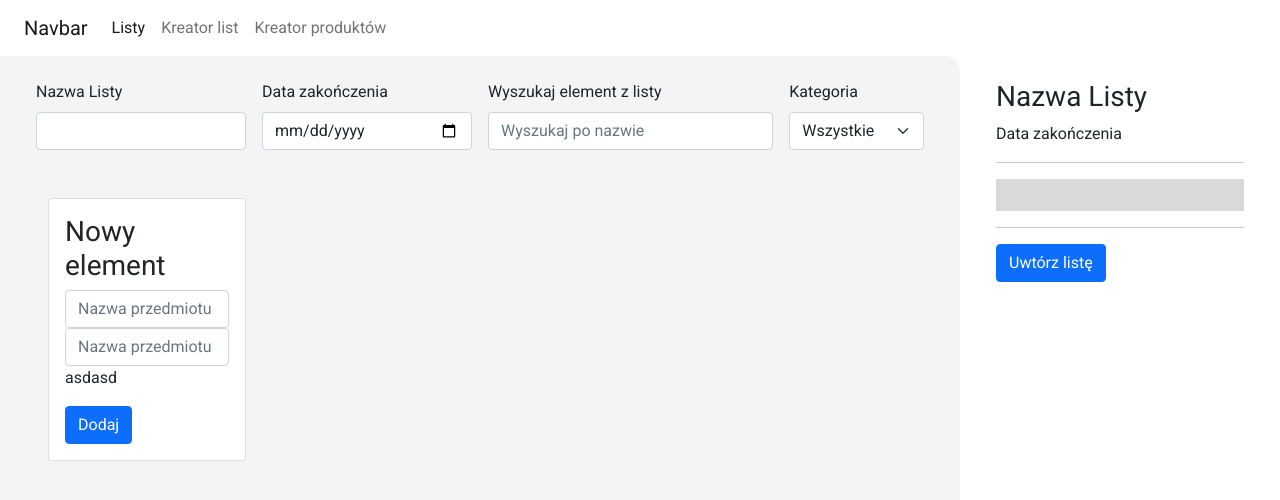
Repository: alphatra/Task-menager
Page: http://localhost/php/src/views/createList.php
An editor plug-in stored every save of this project. The page is shown before and after the next save, followed by the edit.
The browser window is 1280 px wide. The pictures show the whole page.
The page is run by PHP 8.4 with error messages shown; the project is at /var/www/html/. Queries for data that is not in the repository find no rows.

Above is the page before, as saved 2023-02-11 15:13:39.

### php/src/views/createList.php
<!DOCTYPE html>
<html lang="en">
<head>
    <meta charset="UTF-8">
    <meta http-equiv="X-UA-Compatible" content="IE=edge">
    <meta name="viewport" content="width=device-width, initial-scale=1.0">
    <title>Document</title>
    <script src="https://ajax.googleapis.com/ajax/libs/jquery/3.6.1/jquery.min.js"></script>
    <link href="https://cdn.jsdelivr.net/npm/bootstrap@5.0.2/dist/css/bootstrap.min.css" rel="stylesheet" integrity="sha384-EVSTQN3/azprG1Anm3QDgpJLIm9Nao0Yz1ztcQTwFspd3yD65VohhpuuCOmLASjC" crossorigin="anonymous">
    <script src="https://cdn.jsdelivr.net/npm/@popperjs/core@2.9.2/dist/umd/popper.min.js" integrity="sha384-IQsoLXl5PILFhosVNubq5LC7Qb9DXgDA9i+tQ8Zj3iwWAwPtgFTxbJ8NT4GN1R8p" crossorigin="anonymous"></script>
    <script src="https://cdn.jsdelivr.net/npm/bootstrap@5.0.2/dist/js/bootstrap.min.js" integrity="sha384-cVKIPhGWiC2Al4u+LWgxfKTRIcfu0JTxR+EQDz/bgldoEyl4H0zUF0QKbrJ0EcQF" crossorigin="anonymous"></script>
    <script>
        const catergories = {
            1: 'Elektronika',
            2: 'Meble',
            3: 'Kosmetyki',
            4: 'Jedzenie',
            5: 'Ubrania',
            6: 'Zabawki',
            7: 'Sport',
            8: 'Książki',
            9: 'Narzędzia',
            10: 'RTV'
        }

        console.log(catergories);
        $(document).ready(function() {
            const select = $('select');
            $.each(catergories, function(i, item) {
                $('select').append($("<option>", {
                    value: item,
                    text: item
                }))
            });
            let _dataItems = [];
            let private_item = $(`<div class="col-xl-3 col-lg-4 col-md-6 col-12 mb-4">
                        <div class="card">
                            <div class="card-body">
                                <h3 class="card-title">Nowy element</h3>
                                <input type="text" class="form-control" id="priv_item" placeholder="Nazwa przedmiotu">
                                <input type="text" class="form-control" id="priv_item" placeholder="Nazwa przedmiotu">
                                <p class="card-text">asdasd</p>
                                <input class="btn btn-primary" id="add_tolist" type="button" value="Dodaj">
                            </div>
                        </div>
                    </div>`);
    let loadData = (param,_category) => {
        $.ajax({
            url: '../controller.php',
            dataType: 'json',
            method: 'POST',
            data:{tablename:"products", search: param, category:_category},
            beforeSend: function() {
                $("#loading-image").show();
             },
            success: function(data) {
                console.log(data);
                let content = $('#objects').empty()
                content.append(private_item)
                let dataItems = JSON.parse(JSON.stringify(data))
                _dataItems = data
                dataItems = dataItems.map((item) => {
                    return $(`
                    <div class="col-lg-3 col-md-5 col-sm-5 mb-4">
      <div class="card">
        <div class="card-header img-atas" style="background-image: url('https://picsum.photos/300/100'); background-position: 50% 10%;">
        </div>
        <div class="card-body">
          <div class="row">
            <h5>${item.product_name}</h5>
          </div>
          <div class="row">
            <h6 class="text-secondary">${catergories[item.category_id]}</h6>
          </div>
          <div class="row">
            <div class="d-flex justify-content-between">
              <p class="text-primary">${item.product_description.substring(0, 29)}</p>
              <p class="text-warning">
		<input class="btn btn-primary" id="add_tolist" type="button" value="Dodaj" data-product-id="${item.id_product}" data-product-name="${item.product_name}" data-product-quantity="1">
		</p>
            </div>
          </div>
        </div>
      </div>
    </div>
                    `)
                })
                content.append(dataItems)

            },
            error: function (jqXHR, exception){
                console.log(jqXHR, exception);

            }
        })

    }
    let createList_Ajax = (param) =>{
        $.ajax({
            url: '../controller_1.php',
            method: 'POST',
            data:{data: param},
            cache: false,
            success: function(data) {
                console.log(data);
            },
            error: function (xhr, status, error){
                console.log(status);

            }
        })
    }
    let createListItems_Ajax = (param) =>{
        $.ajax({
            url: '../controller_1.php',
            method: 'POST',
            data:{data: param},
            cache: false,
            success: function(data) {
                console.log(data);
            },
            error: function (xhr, status, error){
                console.log(status);

            }
        })
    }

    loadData()

    $("#searchItem, select").on("keyup change", function() {
        let inputVal = $("#searchItem").val();
        let selectVal = $("select").val();
        if (inputVal.length > 0 || selectVal > 0) {
            inputVal = inputVal.length == 0 ? '' : inputVal;
            selectVal = selectVal == 0 ? '' : selectVal;
            loadData(inputVal, selectVal);
        } else {
            loadData();
        }
    });
    let products = {product_id:[],product_title:[],qty:[]};
    let list = {
            list_name: '',
            end_date: '',
            products: [products]
        };

    let add_products = (id, title, quantity) => {
        if (!checkIfExists(id)) {
            products.product_id.push(id);
            products.product_title.push(title);
            products.qty.push(quantity);
        }
    }

    let checkIfExists = (id) => {
        for (let i = 0; i < products.product_id.length; i++) {
            if (products.product_id[i] === id) {
                return true;
            }
        }
        return false;
    }

    let searchedProduct = (_id) =>{
        let found =  _dataItems.find(e => e.id_product == _id)
        return found.product_name
    }

    let generateContent = (_item,_qty) => {
        let content = $('#list_elements')
        content.empty()
        console.log(_qty);
        let listItems = _item.map((item) => {
            return $(`
            <p>${searchedProduct(+item)}</p>
            <input type="number" id="qty" value=1 class="form-control form-icon-trailing" />
            `)})
        content.append(listItems)
    }

    let crateList = () => {
        if(list.list_name != '' || list.end_date != '' || products.product_id.length != 0){
            console.log(list);
            createList_Ajax(list)
        }
    }
    $(document).on("click", "#add_tolist", function() {
        //console.log(list);
        //console.log(+this.name);
        //console.log(searchedProduct(+this.name));
        var productId = $(this).data('product-id');
        var productName = $(this).data('product-name');
        var productQuantity = $(this).data('product-quantity');

        console.log("Id produktu: " + productId);
        console.log("Nazwa produktu: " + productName);
        console.log("Ilość produktu: " + productQuantity);
        // Obsługa okienka modalnego z bootstrapa
        var myModal = new bootstrap.Modal(document.getElementById("exampleModal"))
        if(list.list_name == '' || list.end_date == ''){
            myModal.show()
            $(document).on("click", ".btn-secondary", function() {
                myModal.hide()
            })
            if (list.list_name == '') {
                $("#listName").addClass("is-invalid")
            }else{
                $("#listName").removeClass("is-invalid")
            }
            if (list.end_date == '') {
                $("#endDate").addClass("is-invalid")
            }else{
                $("#endDate").removeClass("is-invalid")
            }
            //console.log("Nie",list)
        }else{
            add_products(productId, productName, productQuantity);
            generateContent(list.products['product_id'],list.products['qty'])
            $("#listName, #endDate").removeClass("is-invalid")
            //console.log("Tak",list);
        }
    });
    $(document).on("click", "#crateList_button", function() {
        console.log(crateList());
    });
    $("#listName, #endDate").on("keyup change",function(){
        list = {
            list_name: $("#listName").val(),
            end_date: $("#endDate").val(),
            products: products
        }
        $("#list_name").text($("#listName").val());
        $("#end_date").text($("#endDate").val());
    });
})

    </script>
    <link rel="stylesheet" href="../assets/style.css">
</head>
<body>
    <!-- Modal -->
    <div class="modal fade" id="exampleModal" tabindex="-1" role="dialog" aria-labelledby="exampleModalLabel" aria-hidden="true">
        <div class="modal-dialog">
            <div class="modal-content">
                <div class="modal-header">
                    <h5 class="modal-title" id="exampleModalLabel">Uwaga!</h5>
                    <button type="button" class="btn-close" data-dismiss="modal" aria-label="Zamknij"></button>
                </div>
                <div class="modal-body">
                    Nie wypełniłeś wszystkich pól!
                </div>
                <div class="modal-footer">
                    <button type="button" class="btn btn-secondary" data-dismiss="modal">Zamknij</button>
                </div>
            </div>
        </div>
    </div>

    <div class="container-fluid">
        <nav class="navbar navbar-expand-lg navbar-light ">
            <div class="container-fluid">
                <a class="navbar-brand" href="#">Navbar</a>
                <button class="navbar-toggler" type="button" data-bs-toggle="collapse" data-bs-target="#navbarNav" aria-controls="navbarNav" aria-expanded="false" aria-label="Toggle navigation">
                    <span class="navbar-toggler-icon"></span>
                </button>
                <div class="collapse navbar-collapse" id="navbarNav">
                    <ul class="navbar-nav">
                        <li class="nav-item">
                            <a class="nav-link active" href="/">Listy</a>
                        </li>
                        <li class="nav-item">
                            <a class="nav-link" aria-current="page" href="views/createList.php">Kreator list</a>
                        </li>
                        <li class="nav-item">
                            <a class="nav-link" href="views/createProduct.php">Kreator produktów</a>
                        </li>
                    </ul>
                </div>
            </div>
        </nav>
        <div class="row">
            <div class="col-lg-9" style="background-color: #F4F4F4; border-top-right-radius: 1rem">
                <div class="container py-4 px-4">
                <form class="row g-3 needs-validation" novalidate>
                    <div id="listName_" class="col-md-3">
                        <label for="listName" class="form-label">Nazwa Listy</label>
                        <input type="text" class="form-control" id="listName" required>
                        <div class="invalid-feedback">
                            Podaj nazwę listy!
                        </div>
                    </div>
                    <div id="endDate_" class="col-md-3">
                        <label for="endDate" class="form-label">Data zakończenia</label>
                        <input type="date" class="form-control" id="endDate" required>
                        <div class="invalid-feedback">
                            Podaj nazwę listy!
                        </div>
                    </div>
                    <div id="searchItem_" class="col-md-4">
                        <label for="searchItem" class="form-label">Wyszukaj element z listy</label>
                        <input type="search" class="form-control" id="searchItem" aria-label="Search" placeholder="Wyszukaj po nazwie">
                    </div>
                    <div class="col-md-2">
                        <label for="inputState" class="form-label">Kategoria</label>
                        <select id="inputState" class="form-select">
                            <option selected value="0">Wszystkie</option>

                        </select>
                    </div>
                </form>
                <div id="objects" class="row m-0 mt-5"></div>
                </div>
            </div>
            <div class="col-lg-3">
                <div class="container pt-4">
                <h3 id="list_name">Nazwa Listy</h3>
                <span id="end_date">Data zakończenia</span>
                <hr class="hr1" />
                <div id="list_elements" class="px-3 py-3" style="background-color:#D9D9D9"></div>
                <hr class="hr1" />
                <button type="submit" id="crateList_button" class="btn btn-primary">Uwtórz listę</button>
                </div>
            </div>
        </div>
    </div>
</body>
</html>

### php/src/controller.php
<?php
session_start();
require_once('./model/CRUD.php');


$db = new db();
$_tablename = $_POST['tablename'];
if(isset($_POST['search'])){
    $search = $_POST['search'];
    $result = $db->searchData($_tablename,$search,'');
    if(isset($_POST['category'])){
        $_category = $_POST['category'];
        $result = $db->searchData($_tablename,$search,$_category);
    }
    echo $result;
}else{
    echo $db->getData($_tablename);
}
?>

### php/src/model/CRUD.php
<?php
class db{
    private $conn;
    public $servername;
    public $username;
    public $password;
    public $database;
    public $tablename;

    public function __construct($host="db", $database="mydb",
                                $username="root", $password="root"){
        $this->host = $host;
        $this->database = $database;
        $this->username = $username;
        $this->password = $password;

        try {
            // Tworzenie połączenia
            $this->conn = new mysqli($host, $username, $password, $database);
        } catch (Exception $e) {
            // Sprawdzanie połączenia
            die("Connection failed: " . mysqli_connect_error());

        }

        return $this->conn;
    }

    // Wyświetlanie list z bazy danych
    public function getData($tablename){
        $this->tablename = $tablename;
        $query = "SELECT * FROM $this->tablename";
        $result = mysqli_query($this->conn, $query);
        $result = mysqli_fetch_all($result, MYSQLI_ASSOC);

        return json_encode($result);
    }

    // Wyświetlanie list z bazy danych wraz z wyszukiwaniem
    public function searchData($tablename, $search, $category){
        $this->tablename = $tablename;
        $this->search = $search;
        $this->category = $category;
        if($tablename == 'products'){
            $query = "SELECT * FROM $this->tablename WHERE product_name LIKE '$this->search%'";
            if($category != ''){
                $query .= " AND category_id = $this->category";
            }
        }else{
            $query = "SELECT * FROM $this->tablename WHERE name LIKE '$this->search%'";
            if($category != ''){
                $query .= " AND category_id = $this->category";
            }
        }
        $result = mysqli_query($this->conn, $query);
        $result = mysqli_fetch_all($result, MYSQLI_ASSOC);

        return json_encode($result);
    }
    /*
    public function searchData($tablename="", $search=""){
        $this->tablename = "list";
        $this->search = "{$search}%";
        $query = "SELECT * FROM $this->tablename WHERE name LIKE ?";
        $stmt = $this->conn->prepare($query);
        $stmt->bind_param("s",$search);
        $stmt->execute();
        $result = $stmt->get_result();

        return json_encode($result->fetch_all(MYSQLI_ASSOC));
    }
    */

    // Dodawanie produktów do bazy danych
    public function createProduct($Param){
        $product_name = $Param[0];
        $product_description = $Param[1];
        $product_image = $Param[2];
        $category_id = $Param[3];
        $query = "INSERT INTO products (product_name, product_description, product_image, category_id)
                    VALUES ('{$product_name}', '{$product_description}', '{$product_image}', '{$category_id}')";

        mysqli_query($this->conn, $query);
    }

    public function fetchData($Data){
        $this->Data = $Data;
        $decoded_json = json_decode($Data, true);
        $product_name = $decoded_json['product_name'];
        $product_description = $decoded_json['product_description'];
        $product_image = $decoded_json['product_image'];
        $category_id = $decoded_json['category_id'];
        return [$product_name, $product_description, $product_image, $category_id];
    }

    public function getMaxId($tablename){
        $this->tablename = $tablename;
        $query = "SELECT MAX( id ) AS `Max_Id` FROM $this->tablename";
        $result = mysqli_query($this->conn, $query);
        $result = mysqli_fetch_all($result, MYSQLI_ASSOC);
        $result = $result[0]['Max_Id'];

        return $result + 1;
    }

    public function getIdList($list_name){
        $this->list_name = $list_name;
        $query = "SELECT id FROM list WHERE name = '$this->list_name'";
        $result = mysqli_query($this->conn, $query);
        $result = mysqli_fetch_all($result, MYSQLI_ASSOC);
        $result = $result[0]['id'];

        return $result;
    }

    public function createList($list_name, $end_date){
        $id = $this->getMaxId('list');
        $this->list_name = $list_name;
        $created_date = date("Y-m-d h:i:s");
        $this->end_date = $end_date;
        $query = "INSERT INTO list (id, name, created_date, end_date) VALUES ('{$id}','{$list_name}','{$created_date}','{$end_date}')";
        mysqli_query($this->conn, $query);
        return $query;
    }

    public function createListItems($qty,$list_name,$id_product){
        $id = $this->getMaxId('list_items');
        $this->qty = $qty;
        $this->list_name = $list_name;
        $list_name = $this->getIdList($list_name);
        $this->id_product = $id_product;

        $query = "INSERT INTO list_items (id, quantity, list_id, id_product) VALUES ('{$id}', '{$this->qty}', '{$list_name}', '{$this->id_product}')";
        mysqli_query($this->conn, $query);
        return $query;
    }
}
?>

### php/src/assets/style.css
@import url('https://fonts.googleapis.com/css2?family=Roboto:ital,wght@0,300;0,400;1,500&display=swap');

body {
    font-family: 'Roboto', sans-serif;
    font-size: 16px;
    line-height: 1.5;
    background-color: white;
    margin: 0;
    padding: 0;
}
.black-border {
    border: 1px solid black;
    padding: 1rem;
}
.img-atas {
    width: auto;
    height: 100px;
    background-repeat: no-repeat;
    background-position: center;
    background-size: cover;
  }

hr {
    margin: 1rem 0;
    color: inherit;
    background-color: currentColor;
    border: 0;
    opacity: 0.25;
  }

After the next save:
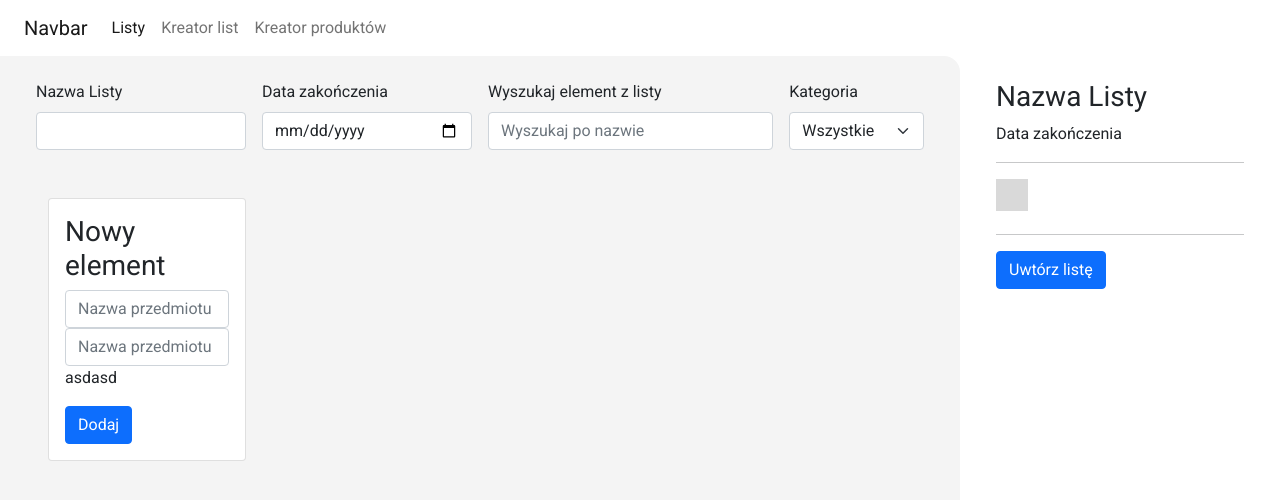
Saved 3 min 57 s later.
--- a/php/src/views/createList.php
+++ b/php/src/views/createList.php
@@ -175,7 +175,7 @@
         let listItems = _item.map((item) => {
             return $(`
             <p>${searchedProduct(+item)}</p>
-            <input type="number" id="qty" value=1 class="form-control form-icon-trailing" />
+            <input type="number" id="qty" value=1 form-icon-trailing" />
             `)})
         content.append(listItems)
     }
@@ -318,7 +318,7 @@
                 <h3 id="list_name">Nazwa Listy</h3>
                 <span id="end_date">Data zakończenia</span>
                 <hr class="hr1" />
-                <div id="list_elements" class="px-3 py-3" style="background-color:#D9D9D9"></div>
+                <div id="list_elements" class="px-3 py-3 d-inline-block" style="background-color:#D9D9D9"></div>
                 <hr class="hr1" />
                 <button type="submit" id="crateList_button" class="btn btn-primary">Uwtórz listę</button>
                 </div>

After the save that followed:
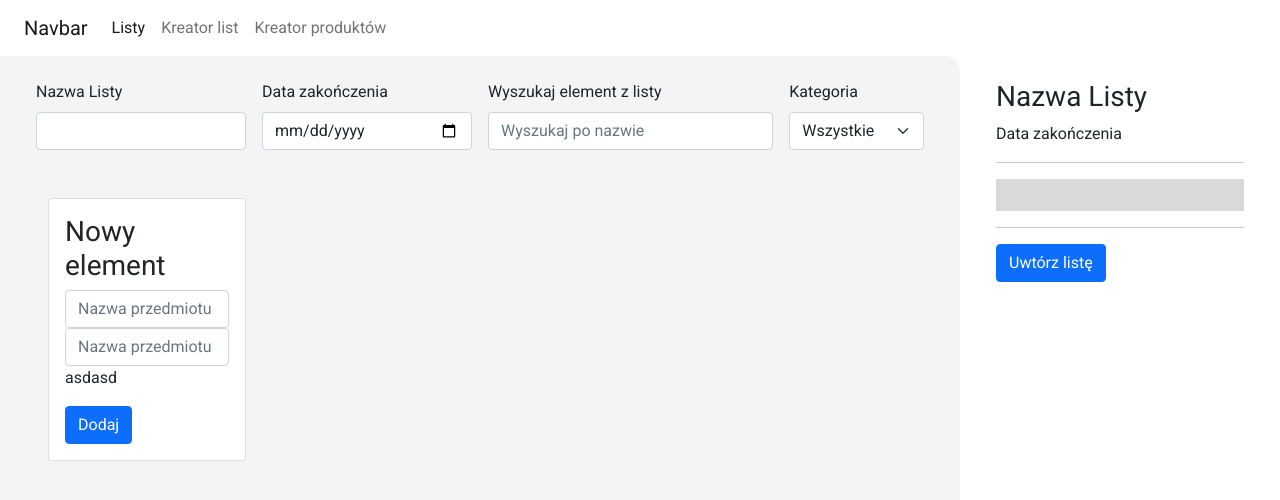
Saved 17 s later.
--- a/php/src/views/createList.php
+++ b/php/src/views/createList.php
@@ -318,7 +318,7 @@
                 <h3 id="list_name">Nazwa Listy</h3>
                 <span id="end_date">Data zakończenia</span>
                 <hr class="hr1" />
-                <div id="list_elements" class="px-3 py-3 d-inline-block" style="background-color:#D9D9D9"></div>
+                <div id="list_elements" class="px-3 py-3" style="background-color:#D9D9D9"></div>
                 <hr class="hr1" />
                 <button type="submit" id="crateList_button" class="btn btn-primary">Uwtórz listę</button>
                 </div>
